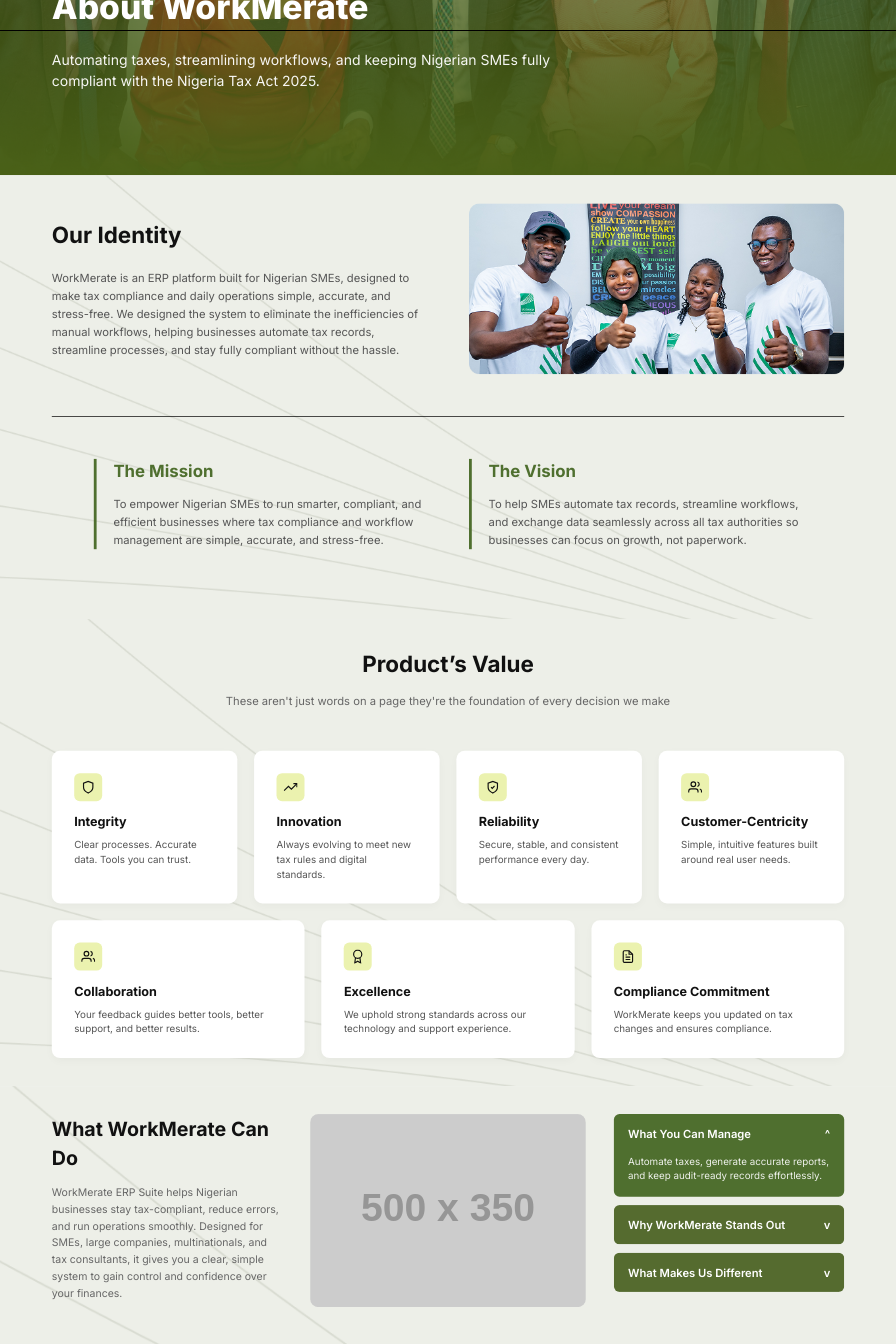
Repository: AYANO-EMMANUEL/workmerate
Page: about.html
An editor plug-in stored every save of this project. The page is shown before and after a run of saves, followed by the edit.
The browser window is 1280 px wide. The pictures show the part of the page from y = 322 to 2242 px (the page is 3182 px tall), at 70% of full size.

Above is the page before, as saved 2026-02-02 14:48:47.

### about.html
<!DOCTYPE html>
<html lang="en">
<head>
    <meta charset="UTF-8">
    <meta name="viewport" content="width=device-width, initial-scale=1.0">
    <title>About Us - WorkMerate</title>
    <link rel="stylesheet" href="about.css">
    <link rel="preconnect" href="https://fonts.googleapis.com">
    <link rel="preconnect" href="https://fonts.gstatic.com" crossorigin>
    <link href="https://fonts.googleapis.com/css2?family=Inter:wght@400;500;600;700;800&display=swap" rel="stylesheet">
</head>
<body>

    <nav class="navbar">
        <div class="container nav-wrapper">
            <a href="#" class="logo">W<span class="bag-icon"></span>rkMerate</a>
            <ul class="nav-menu">
                <li><a href="#" class="nav-link">Agentic AI</a></li>
                <li><a href="#" class="nav-link">Services <svg class="chevron" viewBox="0 0 24 24" fill="none" stroke="currentColor" stroke-width="2"><polyline points="6 9 12 15 18 9"></polyline></svg></a></li>
                <li><a href="#" class="nav-link">Modules <svg class="chevron" viewBox="0 0 24 24" fill="none" stroke="currentColor" stroke-width="2"><polyline points="6 9 12 15 18 9"></polyline></svg></a></li>
                <li><a href="#" class="nav-link">Pricing</a></li>
                <li><a href="#" class="nav-link">Resources <svg class="chevron" viewBox="0 0 24 24" fill="none" stroke="currentColor" stroke-width="2"><polyline points="6 9 12 15 18 9"></polyline></svg></a></li>
                <li><a href="#" class="nav-link active">About us</a></li>
            </ul>
            <div class="nav-actions">
                <a href="#" class="login-link">Login</a>
                <a href="#" class="btn-nav">Try it Free</a>
            </div>
            <div class="hamburger" id="hamburger"><span></span><span></span><span></span></div>
        </div>
        <div class="mobile-menu" id="mobileMenu">
             <a href="#">Services</a><a href="#">Modules</a><a href="#">About us</a>
        </div>
    </nav>

    <section class="about-hero">
        <div class="container">
            <div class="about-hero-content">
                <h1>About WorkMerate</h1>
                <p>Automating taxes, streamlining workflows, and keeping Nigerian SMEs fully compliant with the Nigeria Tax Act 2025.</p>
            </div>
        </div>
    </section>

    <section class="section-padding bg-white">
        <div class="container">

            <div class="identity-row">
                <div class="identity-text">
                    <h2>Our Identity</h2>
                    <p>WorkMerate is an ERP platform built for Nigerian SMEs, designed to make tax compliance and daily operations simple, accurate, and stress-free. We designed the system to eliminate the inefficiencies of manual workflows, helping businesses automate tax records, streamline processes, and stay fully compliant without the hassle.</p>
                </div>
                <div class="identity-image">
                    <img src="./assets/about-us-one.png" alt="WorkMerate Team">
                </div>
            </div>

            <div class="mv-grid">
                <div class="mv-card">
                    <h3>The Mission</h3>
                    <p>To empower Nigerian SMEs to run smarter, compliant, and efficient businesses where tax compliance and workflow management are simple, accurate, and stress-free.</p>
                </div>
                <div class="mv-card">
                    <h3>The Vision</h3>
                    <p>To help SMEs automate tax records, streamline workflows, and exchange data seamlessly across all tax authorities so businesses can focus on growth, not paperwork.</p>
                </div>
            </div>

        </div>
    </section>

    <section class="section-padding product-value bg-cream">
        <div class="container">
            <div class="section-header">
                <h2>Product’s Value</h2>
                <p>These aren't just words on a page they're the foundation of every decision we make</p>
            </div>

            <div class="values-flex-grid">
                <div class="value-card">
                    <div class="icon-box-yellow"><svg viewBox="0 0 24 24" fill="none" stroke="currentColor" stroke-width="2"><path d="M12 22s8-4 8-10V5l-8-3-8 3v7c0 6 8 10 8 10z"></path></svg></div>
                    <h3>Integrity</h3>
                    <p>Clear processes. Accurate data. Tools you can trust.</p>
                </div>
                <div class="value-card">
                    <div class="icon-box-yellow"><svg viewBox="0 0 24 24" fill="none" stroke="currentColor" stroke-width="2"><polyline points="23 6 13.5 15.5 8.5 10.5 1 18"></polyline><polyline points="17 6 23 6 23 12"></polyline></svg></div>
                    <h3>Innovation</h3>
                    <p>Always evolving to meet new tax rules and digital standards.</p>
                </div>
                <div class="value-card">
                    <div class="icon-box-yellow"><svg viewBox="0 0 24 24" fill="none" stroke="currentColor" stroke-width="2"><path d="M12 22s8-4 8-10V5l-8-3-8 3v7c0 6 8 10 8 10z"></path><path d="M9 12l2 2 4-4"></path></svg></div>
                    <h3>Reliability</h3>
                    <p>Secure, stable, and consistent performance every day.</p>
                </div>
                <div class="value-card">
                    <div class="icon-box-yellow"><svg viewBox="0 0 24 24" fill="none" stroke="currentColor" stroke-width="2"><path d="M17 21v-2a4 4 0 0 0-4-4H5a4 4 0 0 0-4 4v2"></path><circle cx="9" cy="7" r="4"></circle><path d="M23 21v-2a4 4 0 0 0-3-3.87"></path><path d="M16 3.13a4 4 0 0 1 0 7.75"></path></svg></div>
                    <h3>Customer-Centricity</h3>
                    <p>Simple, intuitive features built around real user needs.</p>
                </div>
                <div class="value-card">
                    <div class="icon-box-yellow"><svg viewBox="0 0 24 24" fill="none" stroke="currentColor" stroke-width="2"><path d="M17 21v-2a4 4 0 0 0-4-4H5a4 4 0 0 0-4 4v2"></path><circle cx="9" cy="7" r="4"></circle><path d="M23 21v-2a4 4 0 0 0-3-3.87"></path><path d="M16 3.13a4 4 0 0 1 0 7.75"></path></svg></div>
                    <h3>Collaboration</h3>
                    <p>Your feedback guides better tools, better support, and better results.</p>
                </div>
                <div class="value-card">
                    <div class="icon-box-yellow"><svg viewBox="0 0 24 24" fill="none" stroke="currentColor" stroke-width="2"><circle cx="12" cy="8" r="7"></circle><polyline points="8.21 13.89 7 23 12 20 17 23 15.79 13.88"></polyline></svg></div>
                    <h3>Excellence</h3>
                    <p>We uphold strong standards across our technology and support experience.</p>
                </div>
                <div class="value-card">
                    <div class="icon-box-yellow"><svg viewBox="0 0 24 24" fill="none" stroke="currentColor" stroke-width="2"><path d="M14 2H6a2 2 0 0 0-2 2v16a2 2 0 0 0 2 2h12a2 2 0 0 0 2-2V8z"></path><polyline points="14 2 14 8 20 8"></polyline><line x1="16" y1="13" x2="8" y2="13"></line><line x1="16" y1="17" x2="8" y2="17"></line><polyline points="10 9 9 9 8 9"></polyline></svg></div>
                    <h3>Compliance Commitment</h3>
                    <p>WorkMerate keeps you updated on tax changes and ensures compliance.</p>
                </div>
            </div>
        </div>
    </section>

    <section class="section-padding bg-white">
        <div class="container">
            <div class="features-layout">
                <div class="feat-text">
                    <h2>What WorkMerate Can Do</h2>
                    <p>WorkMerate ERP Suite helps Nigerian businesses stay tax-compliant, reduce errors, and run operations smoothly. Designed for SMEs, large companies, multinationals, and tax consultants, it gives you a clear, simple system to gain control and confidence over your finances.</p>
                </div>
                <div class="feat-image">
                    <img src="https://placehold.co/500x350/eeeeee/999999?text=Presentation" alt="Presentation">
                </div>
                <div class="feat-accordion">
                    <div class="acc-item expanded">
                        <div class="acc-header">
                            <span>What You Can Manage</span>
                            <span class="acc-icon">^</span>
                        </div>
                        <div class="acc-body">
                            Automate taxes, generate accurate reports, and keep audit-ready records effortlessly.
                        </div>
                    </div>
                    <div class="acc-item">
                        <div class="acc-header">
                            <span>Why WorkMerate Stands Out</span>
                            <span class="acc-icon">v</span>
                        </div>
                    </div>
                    <div class="acc-item">
                        <div class="acc-header">
                            <span>What Makes Us Different</span>
                            <span class="acc-icon">v</span>
                        </div>
                    </div>
                </div>
            </div>

            <div class="big-cta-box">
                <div class="cta-left">
                    <h2>Step Toward Smarter Business Management with WorkMerate</h2>
                    <p>Transform your business now to streamline your workflow and avoid penalties. WorkMerate enables Nigerian businesses to effortlessly meet modern demands.</p>
                    <div class="cta-btns">
                        <a href="#" class="btn-dark">Request a Demo</a>
                        <a href="#" class="btn-outline-dark">Speak With Our Team</a>
                    </div>
                </div>
                <div class="cta-right">
                    <svg viewBox="0 0 24 24" fill="currentColor" class="big-arrow"><path d="M12 2L15.09 8.26L22 9.27L17 14.14L18.18 21.02L12 17.77L5.82 21.02L7 14.14L2 9.27L8.91 8.26L12 2Z"></path></svg>
                    <div class="arrow-graphic"></div>
                </div>
            </div>

        </div>
    </section>

    <footer class="footer-section">
        <div class="container">
            <div class="footer-top">
                <div class="footer-brand">
                    <a href="#" class="logo">W<span class="bag-icon"></span>rkMerate</a>
                    <p class="tagline">Smart. Secure. Simplified.</p>
                    <div class="contact-details">
                        <p><strong>USA Customer Support:</strong><br>(+1) 256 441 3090</p>
                        <p><strong>NGA Customer Support:</strong><br>(+234) 907 713 7167</p>
                        <p><strong>Email:</strong><br>support@workmerate.ng.com</p>
                    </div>
                    <div class="social-icons">
                         <span>f</span><span>x</span><span>in</span><span>ig</span><span>tk</span>
                    </div>
                </div>
                <div class="footer-links-grid">
                    <div><h4>Services</h4><ul><li><a href="#">Tax Automation</a></li><li><a href="#">ERP Integration</a></li></ul></div>
                    <div><h4>Modules</h4><ul><li><a href="#">Human Resources</a></li><li><a href="#">Financial Management</a></li></ul></div>
                    <div><h4>Resources</h4><ul><li><a href="#">Compliance Loss</a></li><li><a href="#">State IRS</a></li></ul></div>
                    <div><h4>Other Links</h4><ul><li><a href="#">About Us</a></li><li><a href="#">Pricing</a></li></ul></div>
                </div>
            </div>
            <hr>
            <div class="footer-newsletter">
                <div class="nl-text"><h3>Subscribe to our newsletter</h3><p>Stay informed with the latest news.</p></div>
                <div class="nl-form"><input type="email" placeholder="Enter your email"><button class="btn-dark">Subscribe</button></div>
            </div>
            <hr>
            <div class="footer-bottom">
                <p>&copy; 2025 WorkMerate - All rights reserved</p>
                <div class="badges"><span style="color:#4F6F2F; font-weight:bold;">NiTDA</span></div>
            </div>
        </div>
    </footer>

    <script>
        document.getElementById('hamburger').addEventListener('click', function() {
            document.getElementById('mobileMenu').classList.toggle('open');
        });
    </script>
</body>
</html>

### about.css
/* --- Reset & Variables --- */
:root {
  --font-family: "Inter", sans-serif;
  --color-text-main: #111;
  --color-text-light: #555;
  --color-dark-green: #4f6f2f;
  --color-darker-green: #384e20;
  --color-cream-bg: #f0f2eb;
  --color-yellow-bg: #eff69e;
  --color-yellow-icon: #ebf2af;
}

* {
  margin: 0;
  padding: 0;
  box-sizing: border-box;
}
body {
  font-family: var(--font-family);
  color: var(--color-text-main);
  background: #fff;
  line-height: 1.5;
  overflow-x: hidden;
}
a {
  text-decoration: none;
  color: inherit;
}
ul {
  list-style: none;
}
img {
  max-width: 100%;
  display: block;
}

/* Utilities */
.container {
  max-width: 1240px;
  margin: 0 50px;
  padding: 0 24px;
}

.section-padding {
  padding: 40px 0;
  background: url("./assets/pricing-bg-2.png") no-repeat center center/cover;
}
.bg-cream {
  background-color: var(--color-cream-bg);
}
.bg-white {
  background-color: #fff;
}

/* --- Navigation --- */
.navbar {
  height: 72px;
  display: flex;
  align-items: center;
  border-bottom: 1px solid #eee;
  background: #fff;
  position: relative;
  z-index: 100;
}
.nav-wrapper {
  width: 100%;
  display: flex;
  justify-content: space-between;
  align-items: center;
}
.logo {
  font-size: 24px;
  font-weight: 800;
  display: flex;
  align-items: center;
}
.bag-icon {
  width: 16px;
  height: 12px;
  background: #000;
  border-radius: 2px;
  display: inline-block;
  position: relative;
  margin: 0 1px;
}
.bag-icon::after {
  content: "";
  position: absolute;
  top: 4px;
  left: 6px;
  width: 4px;
  height: 4px;
  background: var(--color-dark-green);
  border-radius: 50%;
}
.nav-menu {
  display: flex;
  gap: 32px;
}
.nav-link {
  font-size: 14px;
  font-weight: 500;
  display: flex;
  align-items: center;
  gap: 4px;
}
.nav-link.active {
  font-weight: 700;
  color: #000;
}
.nav-actions {
  display: flex;
  gap: 20px;
  align-items: center;
}
.login-link {
  font-weight: 600;
  font-size: 14px;
}
.btn-nav {
  background: var(--color-dark-green);
  color: #fff;
  padding: 10px 20px;
  border-radius: 4px;
  font-weight: 600;
  font-size: 14px;
}
.hamburger {
  display: none;
  flex-direction: column;
  gap: 5px;
  cursor: pointer;
}
.hamburger span {
  width: 24px;
  height: 3px;
  background: #000;
}
.mobile-menu {
  display: none;
  position: absolute;
  top: 72px;
  left: 0;
  width: 100%;
  background: #fff;
  padding: 20px;
  border-bottom: 1px solid #eee;
}
.mobile-menu.open {
  display: flex;
  flex-direction: column;
  gap: 10px;
}

/* --- 1. About Hero --- */
.about-hero {
  /* Using a gradient overlay on a placeholder image background */
  background: url("./assets/about-us-hero.png") no-repeat center center/cover;
  background-size: cover;
  background-position: center;
  color: #fff;
  padding: 120px 0;
  text-align: left;
  display: flex;
  align-items: end;
  justify-content: start;
  min-height: 500px;
}
.about-hero-content {
  max-width: 800px;
}
.about-hero h1 {
  font-size: 48px;
  font-weight: 800;
  margin-bottom: 24px;
}
.about-hero p {
  font-size: 20px;
  line-height: 1.5;
  opacity: 0.95;
}

/* --- 2. Identity --- */
.identity-row {
  display: grid;
  grid-template-columns: 1fr 1fr;
  gap: 60px;
  align-items: center;
  margin-bottom: 60px;
}
.identity-text h2 {
  font-size: 32px;
  font-weight: 700;
  margin-bottom: 24px;
}
.identity-text p {
  color: #555;
  font-size: 16px;
  line-height: 1.6;
}
.identity-image img {
  width: 100%;
  border-radius: 12px;
}

.mv-grid {
  display: grid;
  grid-template-columns: 1fr 1fr;
  gap: 60px;
  border-top: 0.4px solid #000;
  padding: 60px;
}
.mv-card {
  border-left: 4px solid var(--color-dark-green);
  padding-left: 24px;
}
.mv-card h3 {
  color: var(--color-dark-green);
  font-size: 24px;
  font-weight: 700;
  margin-bottom: 16px;
}
.mv-card p {
  color: #555;
  line-height: 1.6;
}

/* --- 3. Product's Value --- */
.section-header {
  text-align: center;
  max-width: 700px;
  margin: 0 auto 60px;
}
.section-header h2 {
  font-size: 32px;
  font-weight: 700;
  margin-bottom: 16px;
}
.section-header p {
  color: #666;
}

.values-flex-grid {
  display: flex;
  flex-wrap: wrap;
  gap: 24px;
  justify-content: center;
}
.value-card {
  background: #fff;
  border-radius: 12px;
  padding: 32px;
  width: calc(25% - 18px); /* 4 per row approximately */
  min-width: 250px;
  box-shadow: 0 4px 12px rgba(0, 0, 0, 0.03);
  flex-grow: 1;
}
.icon-box-yellow {
  width: 40px;
  height: 40px;
  background: var(--color-yellow-icon);
  border-radius: 8px;
  display: flex;
  align-items: center;
  justify-content: center;
  color: #111;
  margin-bottom: 16px;
}
.icon-box-yellow svg {
  width: 20px;
  height: 20px;
}
.value-card h3 {
  font-size: 18px;
  font-weight: 700;
  margin-bottom: 8px;
}
.value-card p {
  font-size: 14px;
  color: #555;
}

/* --- 4. What WorkMerate Can Do --- */
.features-layout {
  display: grid;
  grid-template-columns: 1fr 1.2fr 1fr;
  gap: 40px;
  margin-bottom: 80px;
  align-items: start;
}
.feat-text h2 {
  font-size: 28px;
  font-weight: 700;
  margin-bottom: 16px;
}
.feat-text p {
  color: #666;
  font-size: 15px;
  line-height: 1.6;
}
.feat-image img {
  width: 100%;
  border-radius: 12px;
}

.feat-accordion {
  display: flex;
  flex-direction: column;
  gap: 12px;
}
.acc-item {
  border-radius: 8px;
  overflow: hidden;
  background: var(--color-dark-green);
  color: #fff;
}
.acc-header {
  padding: 16px 20px;
  font-weight: 600;
  display: flex;
  justify-content: space-between;
  align-items: center;
  cursor: pointer;
}
.acc-body {
  padding: 0 20px 20px;
  font-size: 14px;
  opacity: 0.9;
  line-height: 1.5;
}
.acc-item:not(.expanded) .acc-body {
  display: none;
}
.acc-item:not(.expanded) .acc-header {
  background: #556b2f;
} /* Slightly darker/lighter for inactive */

/* Big CTA Box */
.big-cta-box {
  background: var(--color-yellow-bg);
  border-radius: 24px;
  padding: 60px;
  display: flex;
  gap: 40px;
  align-items: center;
  justify-content: space-between;
  position: relative;
  overflow: hidden;
}
.cta-left {
  max-width: 600px;
  position: relative;
  z-index: 2;
}
.cta-left h2 {
  font-size: 32px;
  font-weight: 800;
  margin-bottom: 16px;
  line-height: 1.2;
}
.cta-left p {
  margin-bottom: 32px;
  font-size: 16px;
  color: #333;
}
.cta-btns {
  display: flex;
  gap: 16px;
}
.btn-dark {
  background: var(--color-dark-green);
  color: #fff;
  padding: 14px 28px;
  border-radius: 6px;
  font-weight: 600;
  font-size: 15px;
  border: none;
  cursor: pointer;
}
.btn-outline-dark {
  border: 1px solid #333;
  color: #333;
  padding: 14px 28px;
  border-radius: 6px;
  font-weight: 600;
  font-size: 15px;
}

/* Abstract Arrow Graphic */
.cta-right {
  width: 200px;
  height: 200px;
  display: flex;
  align-items: center;
  justify-content: center;
}
.arrow-graphic {
  /* Simulating the arrow abstractly */
  width: 0;
  height: 0;
  border-top: 50px solid transparent;
  border-bottom: 50px solid transparent;
  border-left: 80px solid var(--color-dark-green);
  transform: rotate(-45deg);
}
.big-arrow {
  width: 150px;
  height: 150px;
  color: var(--color-dark-green);
}

/* --- Footer --- */
.footer-section {
  background: var(--color-cream-bg);
  padding: 80px 0 30px;
  font-size: 14px;
  color: #333;
}
.footer-top {
  display: flex;
  justify-content: space-between;
  flex-wrap: wrap;
  gap: 40px;
  margin-bottom: 40px;
}
.footer-links-grid {
  display: flex;
  gap: 60px;
}
.footer-links-grid h4 {
  font-weight: 700;
  margin-bottom: 12px;
}
.footer-links-grid a {
  color: #555;
  display: block;
  margin-bottom: 8px;
}
.footer-newsletter {
  display: flex;
  justify-content: space-between;
  align-items: center;
  padding: 30px 0;
  border-top: 1px solid #ccc;
  border-bottom: 1px solid #ccc;
  margin-bottom: 20px;
}
.nl-form input {
  padding: 10px;
  border: 1px solid #ccc;
  border-radius: 4px;
  width: 250px;
  margin-right: 10px;
}
.footer-bottom {
  display: flex;
  justify-content: space-between;
  align-items: center;
  font-size: 12px;
  color: #777;
}

/* Responsive */
@media (max-width: 992px) {
  .nav-menu,
  .nav-actions {
    display: none;
  }
  .hamburger {
    display: flex;
  }
  .identity-row {
    grid-template-columns: 1fr;
    gap: 30px;
  }
  .mv-grid {
    grid-template-columns: 1fr;
    gap: 40px;
  }
  .features-layout {
    grid-template-columns: 1fr;
  }
  .big-cta-box {
    flex-direction: column;
    padding: 40px;
  }
  .cta-right {
    display: none;
  }
  .value-card {
    width: calc(50% - 12px);
  }
}
@media (max-width: 600px) {
  .about-hero h1 {
    font-size: 36px;
  }
  .value-card {
    width: 100%;
  }
  .cta-btns {
    flex-direction: column;
  }
  .footer-newsletter {
    flex-direction: column;
    align-items: flex-start;
    gap: 15px;
  }
  .nl-form {
    width: 100%;
  }
  .nl-form input {
    width: 100%;
    margin-bottom: 10px;
  }
  .footer-links-grid {
    flex-wrap: wrap;
    gap: 30px;
  }
}

After the next 10 saves:
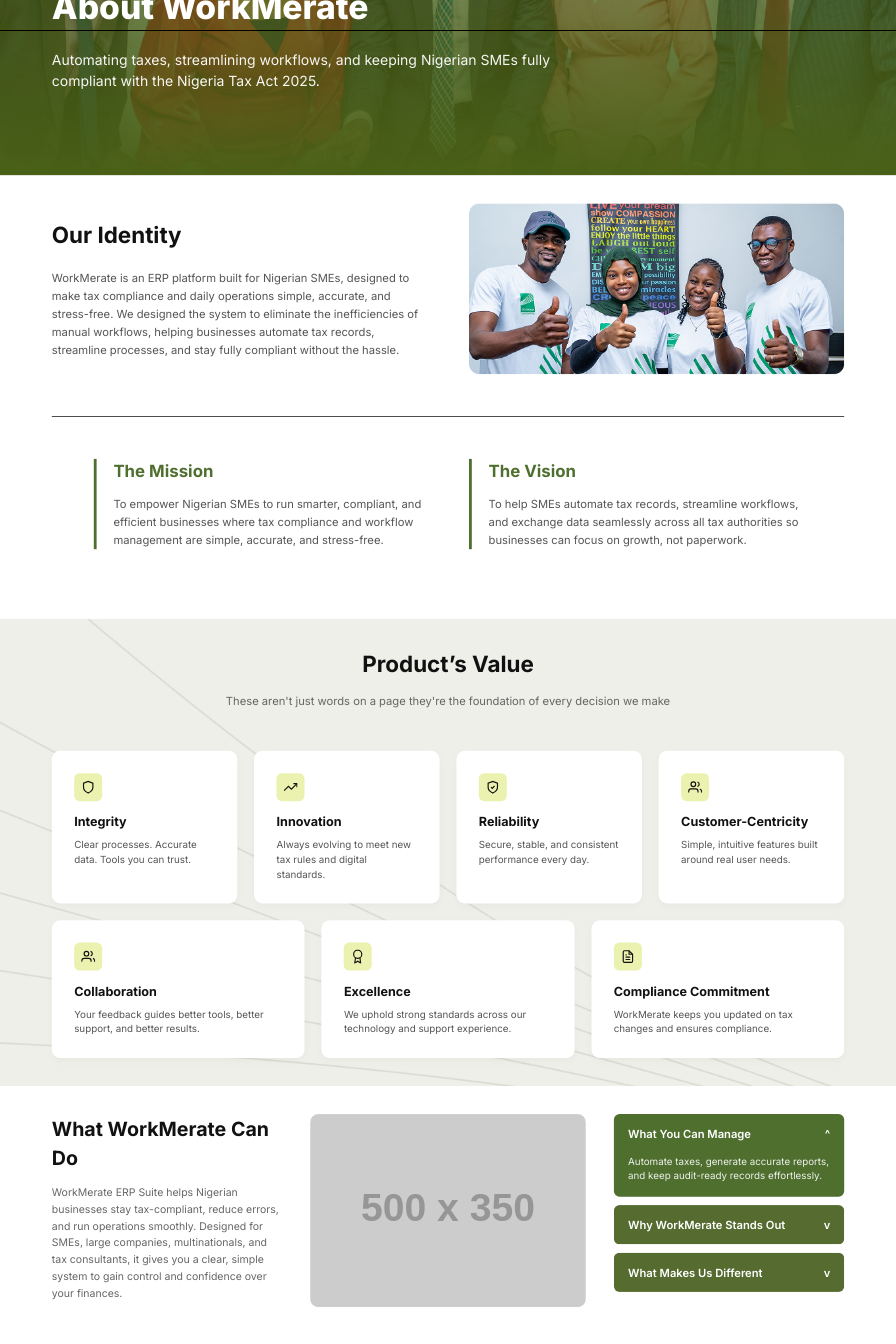
The 10 saves are shown as one change because they came seconds apart.
The last was saved 23 s later.
--- a/about.css
+++ b/about.css
@@ -43,6 +43,8 @@
 
 .section-padding {
   padding: 40px 0;
+}
+.product-value {
   background: url("./assets/pricing-bg-2.png") no-repeat center center/cover;
 }
 .bg-cream {
